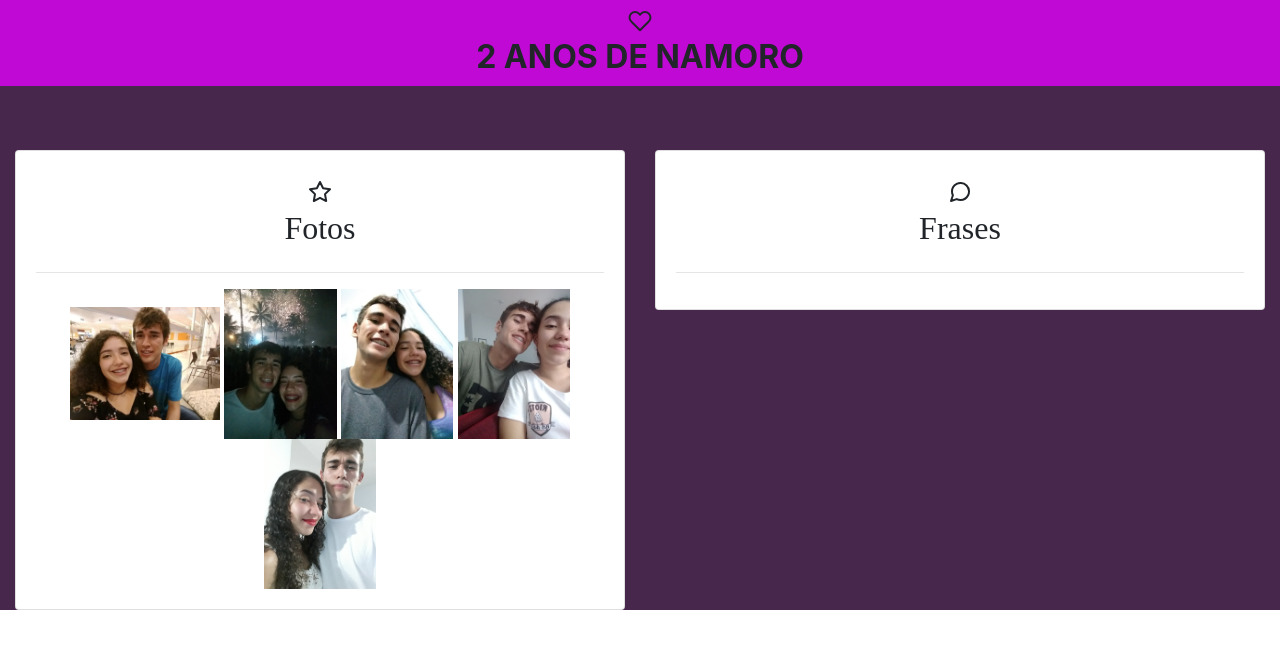
Repository: MeuAmor/meuamor.github.io
Page: index.html
An editor plug-in stored every save of this project. The page is shown before and after the next save, followed by the edit.
The browser window is 1280 px wide. The pictures show the whole page.

Above is the page before, as saved 2019-08-20 23:06:07.

### index.html
<!DOCTYPE html>
<html lang="pt">
<head>
  <title>2 ANOS</title>
  <meta charset="utf-8">
  <meta name="viewport" content="width=device-width, initial-scale=1">
  <link rel="stylesheet" href="assets/css/bootstrap4.1/bootstrap.min.css">
  <script src="assets/js/jquery.3.3.1.min.js"></script>
  <script src="assets/js/bootstrap4.1/popper.min.js"></script>
	<script src="assets/js/bootstrap4.1/bootstrap.min.js"></script>
	<!-- <style>
			hr {
				margin-top: 1rem;
				margin-bottom: 1rem;
				border: 5;
				border-top: 1px solid rgba(0, 0, 0, 0.1);
			}
		</style> -->
</head>
<body class="container-fluid">


	<div class="row" style="background:#c109d6">
		<div class="col-md-12 text-left">
			<h2>
                <!-- <svg xmlns="http://www.w3.org/2000/svg" width="24" height="24" viewBox="0 0 24 24" fill="none" stroke="currentColor"
                        stroke-width="2" stroke-linecap="round" stroke-linejoin="round" class="feather feather-heart">
                    <path d="M20.84 4.61a5.5 5.5 0 0 0-7.78 0L12 5.67l-1.06-1.06a5.5 5.5 0 0 0-7.78 7.78l1.06 1.06L12 21.23l7.78-7.78 1.06-1.06a5.5 5.5 0 0 0 0-7.78z"/>
                </svg> -->
                <div class="text-center">

                    <svg xmlns="http://www.w3.org/2000/svg" width="24" height="24" viewBox="0 0 24 24" fill="none" stroke="currentColor"
                            stroke-width="2" stroke-linecap="round" stroke-linejoin="round" class="feather feather-heart">
                        <path d="M20.84 4.61a5.5 5.5 0 0 0-7.78 0L12 5.67l-1.06-1.06a5.5 5.5 0 0 0-7.78 7.78l1.06 1.06L12 21.23l7.78-7.78 1.06-1.06a5.5 5.5 0 0 0 0-7.78z"/>
                    </svg>
                </div>
                <div class="text-center" >

                    <b>2 ANOS DE NAMORO </b>
                </div>
            </h2>
		</div>
		<div class="col-md-6 " id="redes_sociais">
			<!-- <a style="margin:10px;" class="btn btn-info btn-xs float-right" href="http://www.linkedin.com/in/leonardo-bernardes-da-silva-a8869b132">
				<svg xmlns="http://www.w3.org/2000/svg" width="24" height="24" viewBox="0 0 24 24" fill="none" stroke="currentColor" stroke-width="2" stroke-linecap="round" stroke-linejoin="round" class="feather feather-linkedin">
					<path d="M16 8a6 6 0 0 1 6 6v7h-4v-7a2 2 0 0 0-2-2 2 2 0 0 0-2 2v7h-4v-7a6 6 0 0 1 6-6z"></path><rect x="2" y="9" width="4" height="12"></rect>
					<circle cx="4" cy="4" r="2"></circle></svg>	LinkedIn</a>
				<a style="margin:10px;" class="btn btn-primary btn-xs float-right" href="http://www.facebook.com/lezinho.bernardes">
					<svg xmlns="http://www.w3.org/2000/svg" width="24" height="24" viewBox="0 0 24 24" fill="none" stroke="currentColor" stroke-width="2" stroke-linecap="round" stroke-linejoin="round" class="feather feather-facebook">
						<path d="M18 2h-3a5 5 0 0 0-5 5v3H7v4h3v8h4v-8h3l1-4h-4V7a1 1 0 0 1 1-1h3z"></path>
					</svg>
					LinkedIn
				</a>  -->
		</div>


</div>
<div class="row" style="background:#48274c;min-height: 500px;">

	<!-- <hr> -->
	<!-- <p style="margin: 10px;">
		<a class="btn btn-dark" data-toggle="collapse" href="#multiCollapseExample1" role="button" aria-expanded="false" aria-controls="multiCollapseExample1">Toggle first element</a>
		<button class="btn btn-dark" type="button" data-toggle="collapse" data-target="#multiCollapseExample2" aria-expanded="false" aria-controls="multiCollapseExample2">Toggle second element</button>
		<button class="btn btn-dark" type="button" data-toggle="collapse" data-target=".multi-collapse" aria-expanded="false" aria-controls="multiCollapseExample1 multiCollapseExample2">Toggle both elements</button> -->
	<!-- </p> -->


	<div class="col-md-6" style="margin-top: 5%;">
		<div class="card card-body">
            <h2>
                <div class="text-center">

                    <svg xmlns="http://www.w3.org/2000/svg" width="24" height="24" viewBox="0 0 24 24"
                        fill="none" stroke="currentColor" stroke-width="2" stroke-linecap="round" stroke-linejoin="round"
                        class="feather feather-star">
                        <polygon points="12 2 15.09 8.26 22 9.27 17 14.14 18.18 21.02 12 17.77 5.82 21.02 7 14.14 2 9.27 8.91 8.26 12 2"/>
                    </svg>
                </div>
                <div class="text-center" style="font-family: 'Times New Roman', Times, serif">

                    Fotos
                </div>
            </h2>
            <hr>
            <div>

                <!-- <svg xmlns="http://www.w3.org/2000/svg" width="24" height="24" viewBox="0 0 24 24">
                    <path d="M8.59 16.59L13.17 12 8.59 7.41 10 6l6 6-6 6-1.41-1.41z"/>
                    <path fill="none" d="M0 0h24v24H0V0z"/>
                </svg>
                Primeira foto juntos<br> -->
                <div class="text-center">
                    <img src="imagens/primeira_foto.jpg" alt="Primeira Foto" width="150px;">
                    <img src="imagens/segunda_foto.jpg" alt="Segunda Foto" height="150px;">
                    <img src="imagens/terceira_foto.jpg" alt="Terceira Foto" height="150px;">
                    <img src="imagens/quarta_foto.jpg" alt="Quarta Foto" height="150px;">
                    <img src="imagens/1.jpg" alt="" height="150px;">

                </div>
                <!-- <br>
                <svg xmlns="http://www.w3.org/2000/svg" width="24" height="24" viewBox="0 0 24 24">
                    <path d="M8.59 16.59L13.17 12 8.59 7.41 10 6l6 6-6 6-1.41-1.41z"/>
                    <path fill="none" d="M0 0h24v24H0V0z"/>
                </svg>
                1º Dia dos Namorados<br>
                <div class="text-center">


                </div>
                <br>


                <svg xmlns="http://www.w3.org/2000/svg" width="24" height="24" viewBox="0 0 24 24">
                    <path d="M8.59 16.59L13.17 12 8.59 7.41 10 6l6 6-6 6-1.41-1.41z"/>
                    <path fill="none" d="M0 0h24v24H0V0z"/>
                </svg> 2º Dia dos Namorados -->

            </div>
		</div>
	</div>
	<div class="col-md-6" style="margin-top: 5%;">
		<div class="card card-body">
            <h2 style="text-align:center;">
                <div class="text-center">

                    <svg xmlns="http://www.w3.org/2000/svg" width="24" height="24" viewBox="0 0 24 24" fill="none" stroke="currentColor" stroke-width="2" stroke-linecap="round" stroke-linejoin="round" class="feather feather-message-circle">
                    <path d="M21 11.5a8.38 8.38 0 0 1-.9 3.8 8.5 8.5 0 0 1-7.6 4.7 8.38 8.38 0 0 1-3.8-.9L3 21l1.9-5.7a8.38 8.38 0 0 1-.9-3.8 8.5 8.5 0 0 1 4.7-7.6 8.38 8.38 0 0 1 3.8-.9h.5a8.48 8.48 0 0 1 8 8v.5z"/></svg>
                </div>
                <div class="text-center" style="font-family: 'Times New Roman', Times, serif">
                    Frases
                </div>
            </h2>
			<hr>
            <div class="row">


            </div>
        </div>

	</div>

</div>
</body>
</html>

Loaded but not shown: assets/css/bootstrap4.1/bootstrap.min.css (library); assets/js/jquery.3.3.1.min.js (library); assets/js/bootstrap4.1/popper.min.js (library); assets/js/bootstrap4.1/bootstrap.min.js (library)

After the next save:
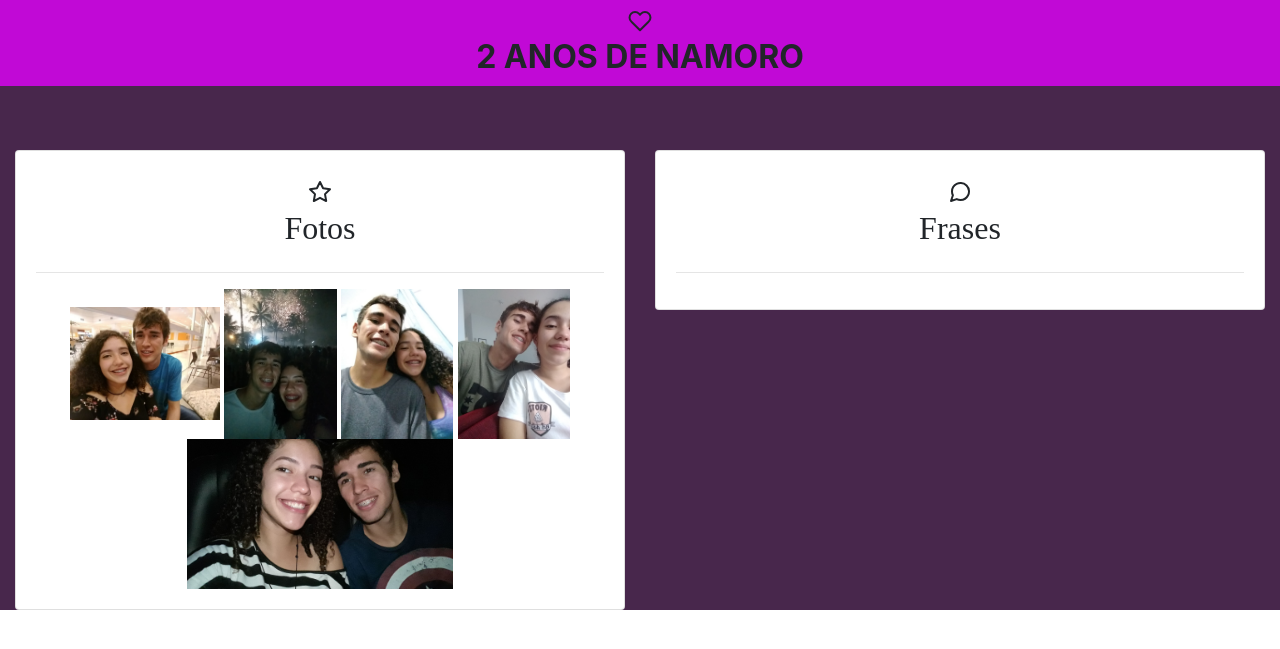
Saved 13 s later.
--- a/index.html
+++ b/index.html
@@ -94,7 +94,7 @@
                     <img src="imagens/segunda_foto.jpg" alt="Segunda Foto" height="150px;">
                     <img src="imagens/terceira_foto.jpg" alt="Terceira Foto" height="150px;">
                     <img src="imagens/quarta_foto.jpg" alt="Quarta Foto" height="150px;">
-                    <img src="imagens/1.jpg" alt="" height="150px;">
+                    <img src="imagens/2.jpg" alt="" height="150px;">
 
                 </div>
                 <!-- <br>
